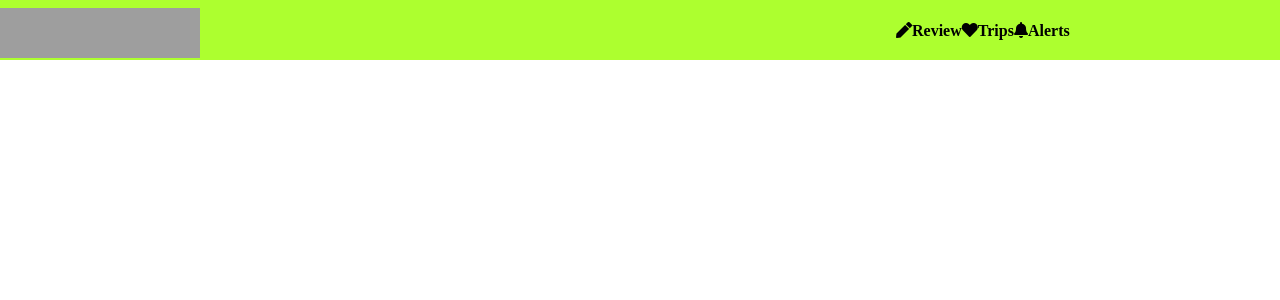
Repository: devix2107/thanhvia8.github.io
Page: Web-tripadvisor/index.html
These files come from the project's save history. The page is drawn as it stood at one moment and after the next save; the edit follows.
The browser window is 1280 px wide. The pictures show the whole page.
Pictures or frames that could not be fetched are drawn as grey boxes.

Above is the page before, as saved 2021-11-25 09:24:11.

After the next save:
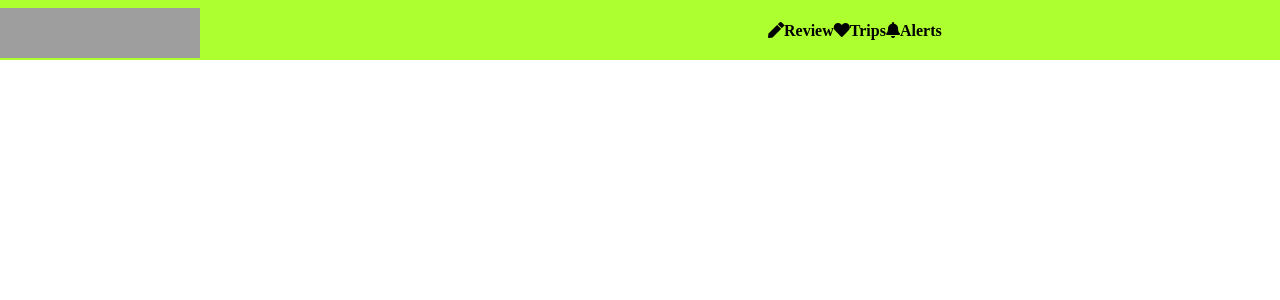
Saved 4 min 22 s later.
--- a/Web-tripadvisor/assets/css/main.css
+++ b/Web-tripadvisor/assets/css/main.css
@@ -26,11 +26,11 @@
 }
 
 .header-center {
-  width: 40%;
+  width: 30%;
 }
 
 .header-right {
-  width: 30%;
+  width: 40%;
   height: 60px;
 }
 
